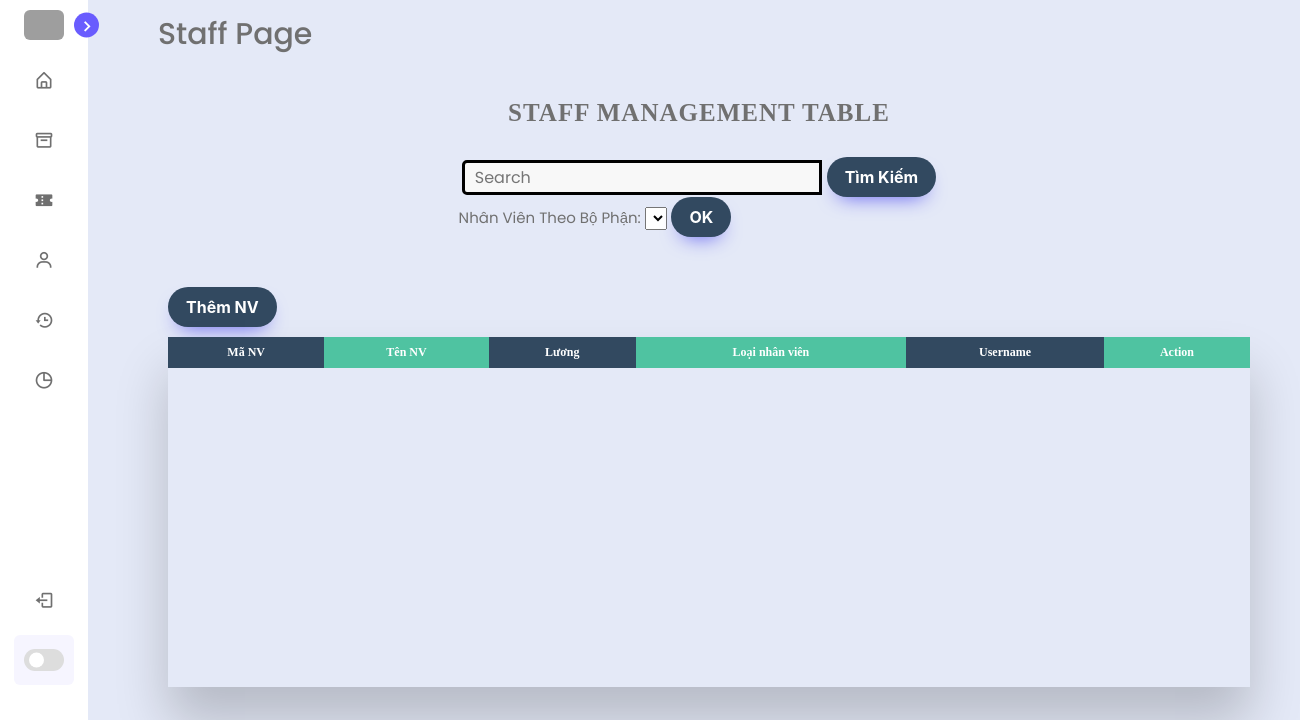
Repository: JeffDaveHudson/CapstoneProject
Page: http://localhost/CapstoneProject/stafflist
The author's editor kept a copy of each file at every save. The page is drawn from the files as they stood at one save, then again after the next save.
The browser window is 1280 px wide. The page is 1300 px wide, so the pictures cover 1300 px, including what lies to the right of the window. The pictures show the whole page.
Pictures or frames that could not be fetched are drawn as grey boxes. The page is served by Tomcat 9. Queries for data that is not in the repository find no rows.

Above is the page before, as saved 2023-05-25 03:21:17.

After the next save:
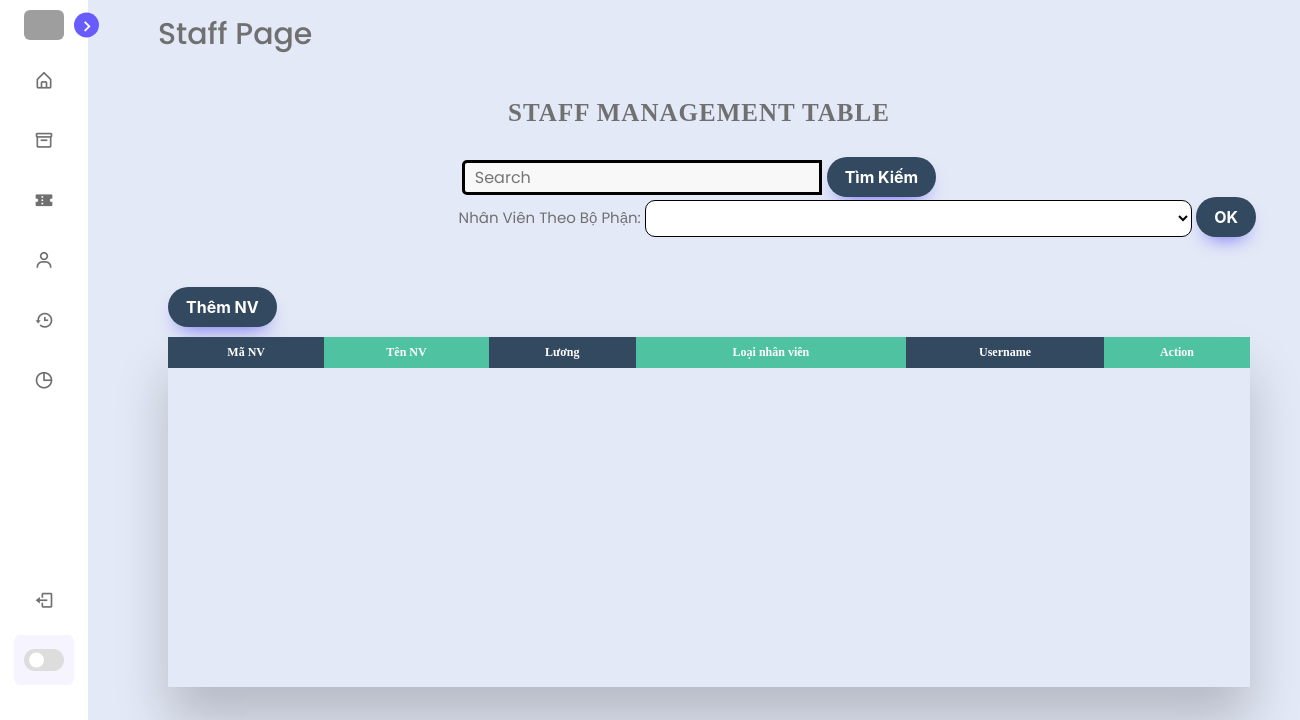
Saved 14 s later.
--- a/CapstoneProject/src/main/webapp/admin/Staff.jsp
+++ b/CapstoneProject/src/main/webapp/admin/Staff.jsp
@@ -29,7 +29,12 @@
 </script>
 <style type="text/css">
 .home .nvtbp form select{
-
+	padding-top: 7px;
+	padding-bottom: 7px;
+	width: 65%;
+	background-color: #fff;
+	border: 1px solid;
+	border-radius: 10px;
 }
 </style>
 
